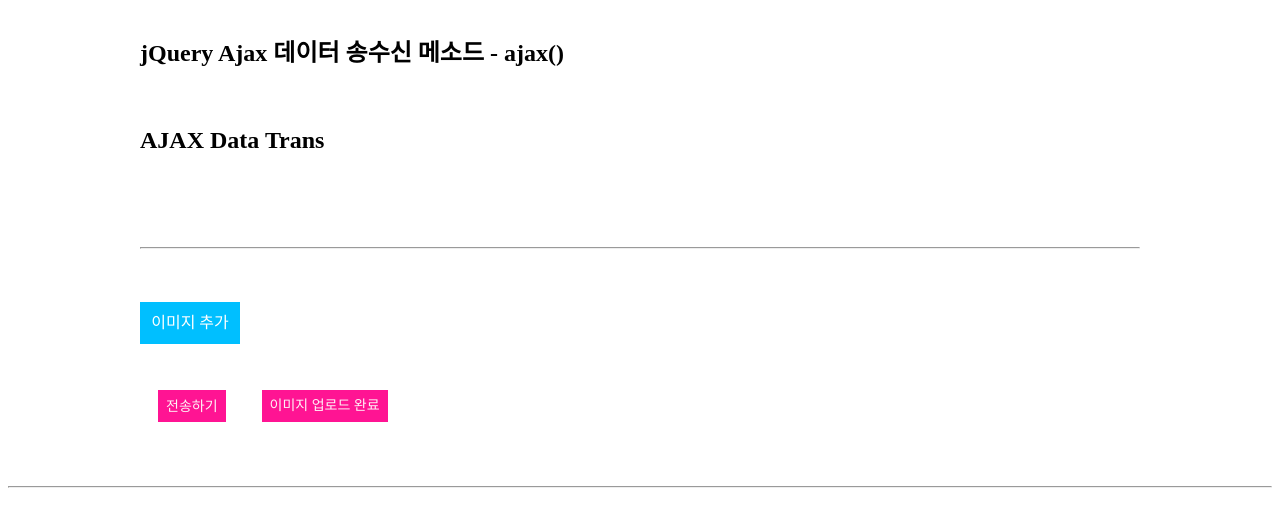
Repository: songyooon/pro06
Page: http://localhost/ajax/test5
The author's editor kept a copy of each file at every save. The page is drawn from the files as they stood at one save, then again after the next save.
The browser window is 1280 px wide. The pictures show the whole page.
The page is this project's Thymeleaf template; nobody is signed in. The template is opened directly, without the code that normally fills it, so the values that code supplies are empty.

Above is the page before, as saved 2022-12-23 06:34:45.

### myapp/src/main/resources/templates/ajax/test5.html
<!DOCTYPE html>
<html lang="ko" xmlns="http://www.w3.org/1999/xhtml"
 xmlns:th="http://www.thymeleaf.org"
 xmlns:layout="http://www.ultraq.net.nz/thymeleaf/layout">
<head>
	<!-- templates/ajax/test5.html -->
    <meta charset="UTF-8">
    <meta http-equiv="X-UA-Compatible" content="IE=edge">
    <meta name="viewport" content="width=device-width, initial-scale=1.0">
    <title>jQuery 89 : jQuery Ajax 데이터 송수신 처리5 - post</title>
    <script src="https://code.jquery.com/jquery-latest.js"></script>
    <style>
    .container { clear:both; width:1000px; margin:20px auto; line-height:2.8; }
    .container:after { content:""; display:block; clear:both; }
    .data { clear: both; }
    .data:after { content:""; display:block; clear:both; }
    .table th { border-top:2px solid #333; }
    .table td, .table th { border-bottom:2px solid #333; }
    #addBtn { display:block; width:100px; height:42px; line-height:42px; background:deepskyblue; cursor: pointer; margin-bottom:28px; text-align:center; color:#fff; }
	#submitBtn, #proBtn { border:none; display:block; padding:8px; background:deeppink; color: #FFF2F6; cursor:pointer; margin:18px; float:left; text-decoration:none; box-sizing:border-box; font-size:14px; line-height:16px; }
    </style>
</head>
<body>
    <section class="container">
        <h2>jQuery Ajax 데이터 송수신 메소드 - ajax()</h2>
        <article class="data">
            <div><h2>AJAX Data Trans</h2></div>
		    <br><hr><br>
		    <form id="addForm">

		        <div>
		            <label for="img_upload" id="addBtn">이미지 추가</label>
		            <input type="file" name="img_upload" id="img_upload" onchange="previewImage(this,'View_area')" style="display: none;" multiple>
		            <span id='View_area' style='display:block; position:relative; color:black; border: 0px solid black;'></span>
		        </div>

		        <div>
		            <input type="button" class="btn" id="submitBtn" onclick="dataSubmit();" value="전송하기"/>
		            <a class="btn" id="proBtn" href="">이미지 업로드 완료</a>
		        </div>
		 		<br>
		        <ul id="resultDiv">

		        </ul>

		        <div id="inputData">

		        </div>
		    </form>
            <script>
			function dataSubmit() {
				var maxSize = 10 * 1024 * 1024;
				var sendData = "";
				if ($('#img_upload')[0].files.length >= 4) {
					alert("첨부 가능한 개수를 초과하였습니다. 3개 까지 첨부가 가능합니다.");
				    return false;
				}
				for(var i in $('#img_upload')[0].files){
					if ($('#img_upload')[0].files[i].size > maxSize) {
						alert("첨부된 파일 중에 용량이 초과된 파일이 있습니다.\n이미지를 더블클릭하여 삭제 후 다시 선택하여 주시기 바랍니다.");
					    return false;
					}
				}

				var form = $("#addForm")[0];
			    var data = new FormData(form);

			    $.ajax({
			        url: "/ajax/url.do",
			        type: "POST",
			        enctype: 'multipart/form-data',
			        data: data,
			        processData: false,
			        contentType: false,
			        dataType:"json",
			    }).done(function (qty) {
					console.log(qty);
					$.each(qty, function(index, value){
						$("#resultDiv").append("<li>"+value+"</li>");
						$("#inputData").append("<input type='hidden' name='imgSrc"+index+"' value='"+value+"'>");
						sendData += "<input type='hidden' name='imgSrc"+index+"' value='"+value+"'>";
					});
			    });
			}
            </script>
		    <script src="/js/imageLoad.js"></script>
        </article>
    </section>
    <br><hr><br>
</body>
</html>

### myapp/src/main/resources/static/imageLoad.js
var fileArr;
var fileInfoArr=[];

//썸네일 클릭시 삭제.
function fileRemove(index) {
    console.log("index: "+index);
    fileInfoArr.splice(index,1);

    var imgId="#img_id_"+index;
    $(imgId).remove();
    console.log(fileInfoArr);
}

//썸네일 미리보기.
function previewImage(targetObj, View_area) {
    var files=targetObj.files;
    fileArr=Array.prototype.slice.call(files);

    var preview = document.getElementById(View_area); //div id
    var ua = window.navigator.userAgent;

    //ie일때(IE8 이하에서만 작동)
    if (ua.indexOf("MSIE") > -1) {
        targetObj.select();
        try {
            var src = document.selection.createRange().text; // get file full path(IE9, IE10에서 사용 불가)
            var ie_preview_error = document.getElementById("ie_preview_error_" + View_area);


            if (ie_preview_error) {
                preview.removeChild(ie_preview_error); //error가 있으면 delete
            }

            var img = document.getElementById(View_area); //이미지가 뿌려질 곳

            //이미지 로딩, sizingMethod는 div에 맞춰서 사이즈를 자동조절 하는 역할
            img.style.filter = "progid:DXImageTransform.Microsoft.AlphaImageLoader(src='"+src+"', sizingMethod='scale')";
        } catch (e) {
            if (!document.getElementById("ie_preview_error_" + View_area)) {
                var info = document.createElement("<p>");
                info.id = "ie_preview_error_" + View_area;
                info.innerHTML = e.name;
                preview.insertBefore(info, null);
            }
        }
        //ie가 아닐때(크롬, 사파리, FF)
    } else {
        var files = targetObj.files;
        for ( var i = 0; i < files.length; i++) {
            var file = files[i];
            fileInfoArr.push(file);

            var imageType = /image.*/; //이미지 파일인지 검증
            if (!file.type.match(imageType))
                continue;
            // var prevImg = document.getElementById("prev_" + View_area); //이전에 미리보기가 있다면 삭제
            // if (prevImg) {
            //     preview.removeChild(prevImg);
            // }

            var span=document.createElement('span');
            span.id="img_id_" +i;
            span.style.width = '128px';
            span.style.height = 'auto';
            preview.appendChild(span);

            var img = document.createElement("img");
            img.className="addImg";
            img.classList.add("obj");
            img.file = file;
            img.style.width='inherit';
            img.style.height='auto';
            img.style.cursor='pointer';
            const idx=i;
            img.onclick=()=>fileRemove(idx);   //이미지를 클릭했을 때.
            span.appendChild(img);

            if (window.FileReader) { // FireFox, Chrome, Opera 확인.
                var reader = new FileReader();
                reader.onloadend = (function(aImg) {
                    return function(e) {
                        aImg.src = e.target.result;
                    };
                })(img);
                reader.readAsDataURL(file);
            } else { // safari is not supported FileReader
                //alert('not supported FileReader');
                if (!document.getElementById("sfr_preview_error_"
                    + View_area)) {
                    var info = document.createElement("p");
                    info.id = "sfr_preview_error_" + View_area;
                    info.innerHTML = "not supported FileReader";
                    preview.insertBefore(info, null);
                }
            }
        }
    }
}

After the next save:
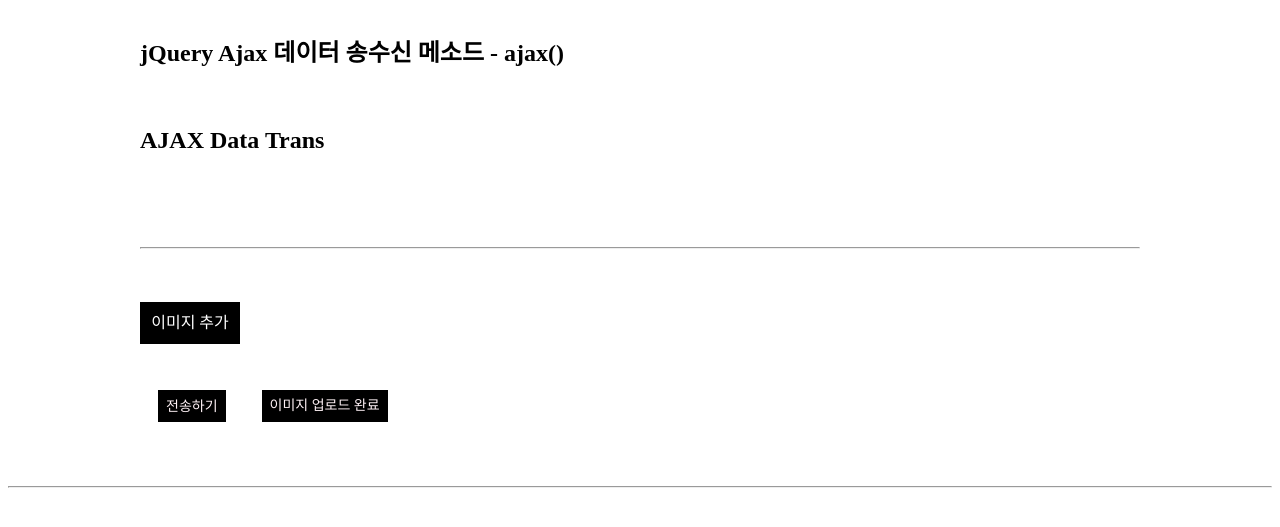
Saved 17 s later.
--- a/myapp/src/main/resources/templates/ajax/test5.html
+++ b/myapp/src/main/resources/templates/ajax/test5.html
@@ -16,8 +16,8 @@
     .data:after { content:""; display:block; clear:both; }
     .table th { border-top:2px solid #333; }
     .table td, .table th { border-bottom:2px solid #333; }
-    #addBtn { display:block; width:100px; height:42px; line-height:42px; background:deepskyblue; cursor: pointer; margin-bottom:28px; text-align:center; color:#fff; }
-	#submitBtn, #proBtn { border:none; display:block; padding:8px; background:deeppink; color: #FFF2F6; cursor:pointer; margin:18px; float:left; text-decoration:none; box-sizing:border-box; font-size:14px; line-height:16px; }
+    #addBtn { display:block; width:100px; height:42px; line-height:42px; background:black; cursor: pointer; margin-bottom:28px; text-align:center; color:#fff; }
+	#submitBtn, #proBtn { border:none; display:block; padding:8px; background:black; color: #FFF2F6; cursor:pointer; margin:18px; float:left; text-decoration:none; box-sizing:border-box; font-size:14px; line-height:16px; }
     </style>
 </head>
 <body>
